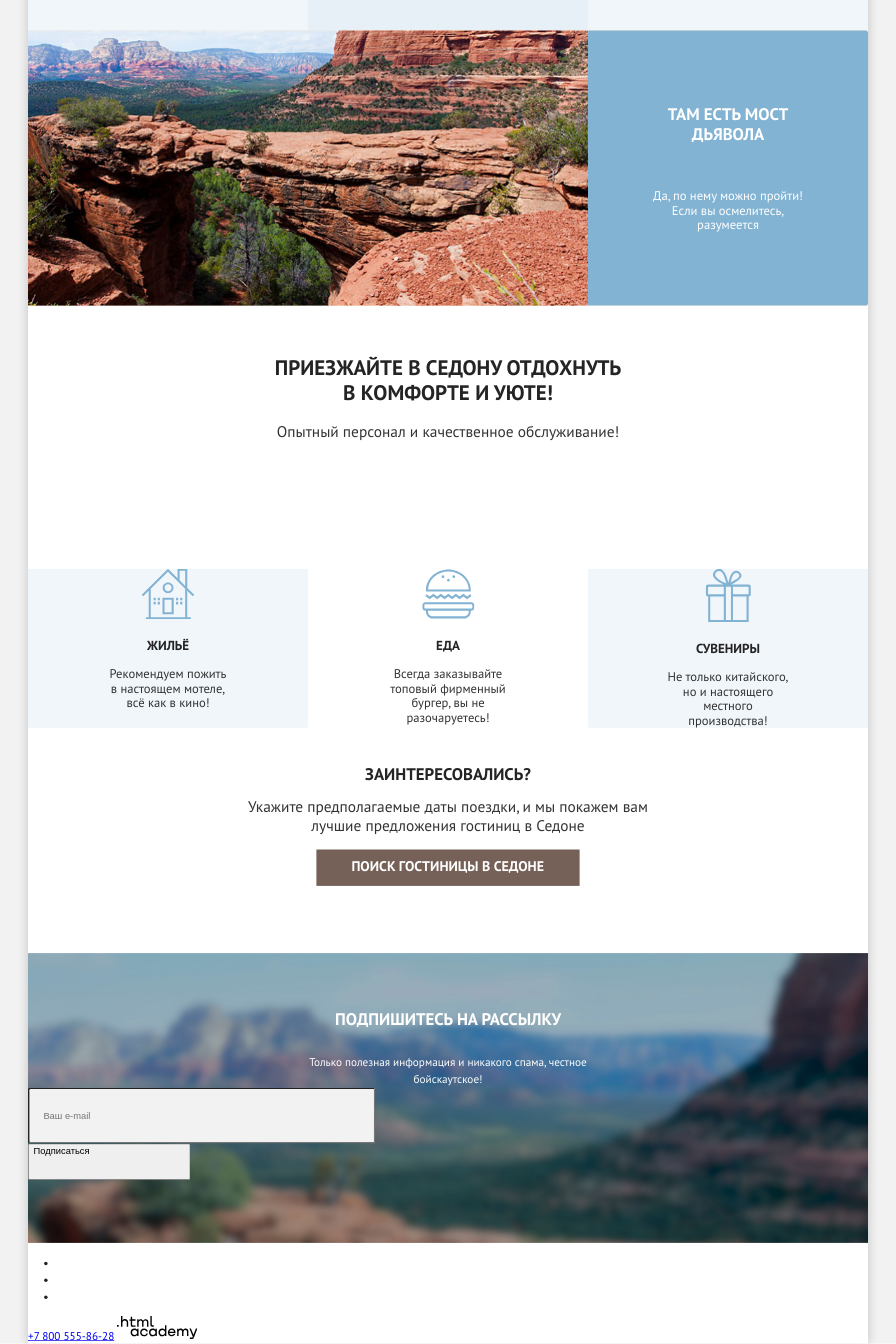
Repository: zakhgagne/2512253-sedona-1
Page: index.html
The author's editor kept a copy of each file at every save. The page is drawn from the files as they stood at one save, then again after the next save.
The browser window is 1280 px wide. The pictures show the part of the page from y = 1551 to 3471 px (the page is 3471 px tall), at 70% of full size.

Above is the page before, as saved 2024-05-11 20:30:20.

After the next save:
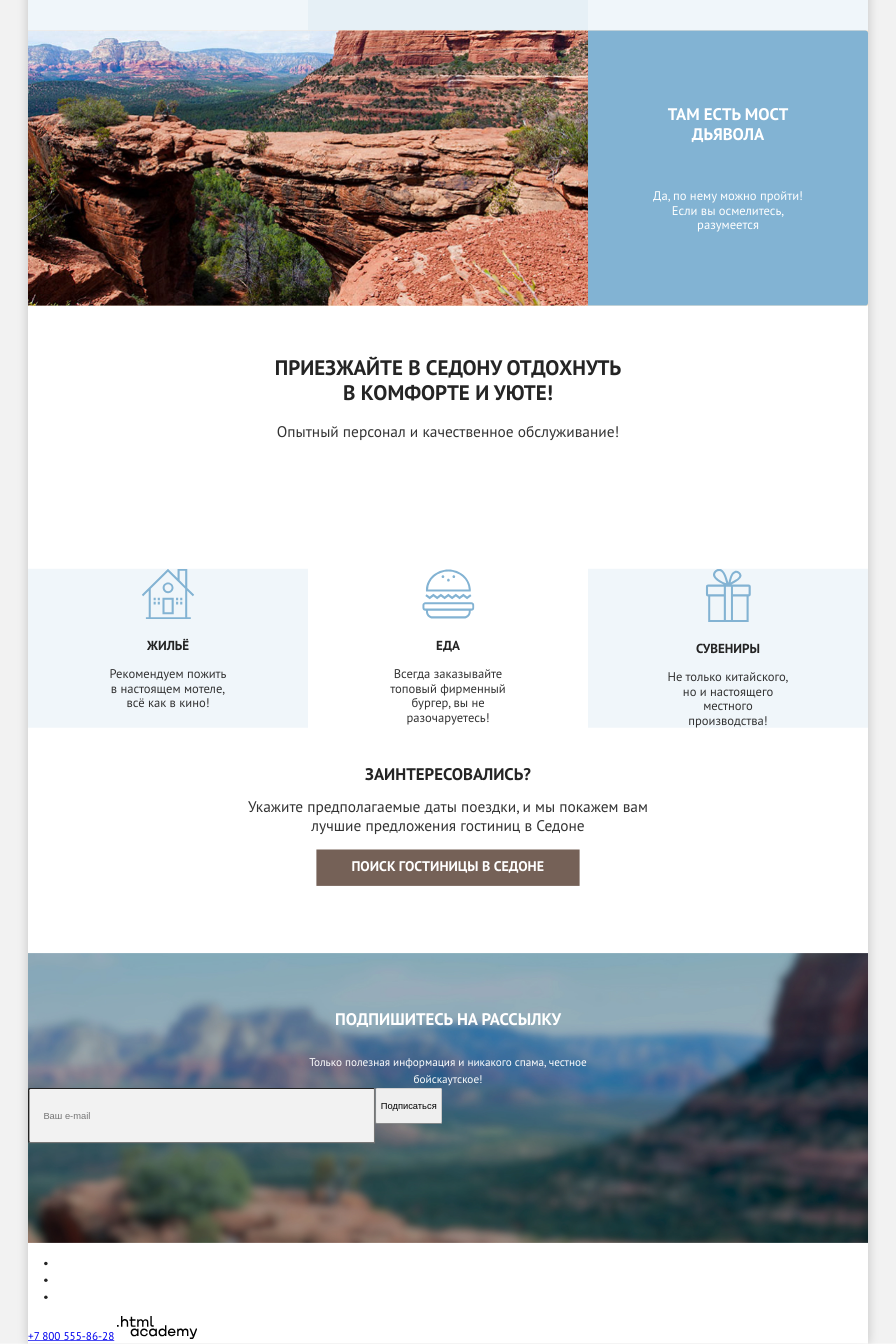
Saved 55 s later.
--- a/styles/styles.css
+++ b/styles/styles.css
@@ -409,15 +409,12 @@ body {
   flex-grow: 1;
 }
 
-.subscribe-form-button {
+.subscribe-form {
 
   /* Кнопка */
   display: flex;
   flex-direction: row;
   width: 232px;
   height: 52px;
-  /* Inside auto layout */
-  order: 1;
-  flex-grow: 0;
-
-}
+
+}
